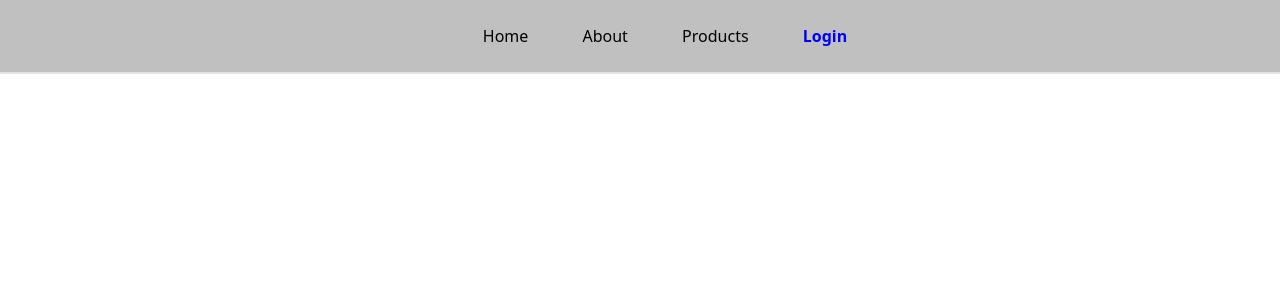
Repository: Yeyolive/WebDev_Collab_2025
Page: Basic_Projects/Basic-Website/login.html
An editor plug-in stored every save of this project. The page is shown before and after the next save, followed by the edit.
The browser window is 1280 px wide. The pictures show the whole page.

Above is the page before, as saved 2025-11-02 23:04:08.

After the next save:
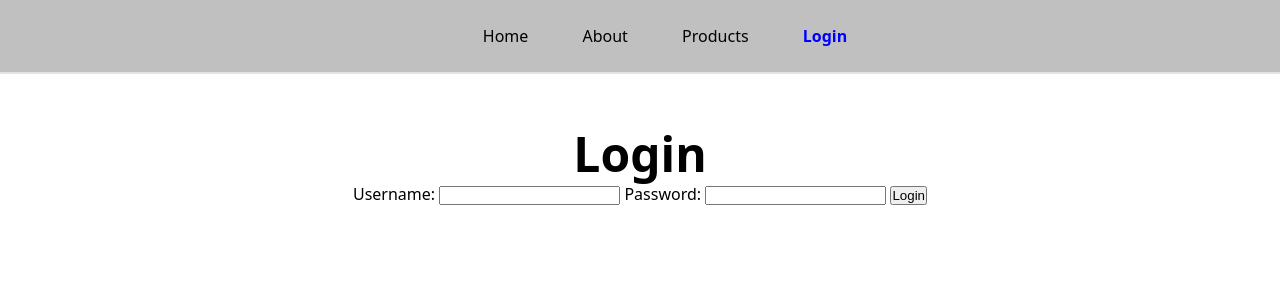
Saved 89 s later.
--- a/Basic_Projects/Basic-Website/login.html
+++ b/Basic_Projects/Basic-Website/login.html
@@ -15,5 +15,18 @@
       <a href="products.html">Products</a>
       <a href="login.html" class="active">Login</a>
     </nav>
+    <!-- LOGIN FORM -->
+    <header>
+      <h1>Login</h1>
+      <form action="#" method="post" class="login-form">
+        <label for="username">Username:</label>
+        <input type="text" id="username" name="username" required />
+
+        <label for="password">Password:</label>
+        <input type="password" id="password" name="password" required />
+
+        <button type="submit">Login</button>
+      </form>
+    </header>
   </body>
 </html>
